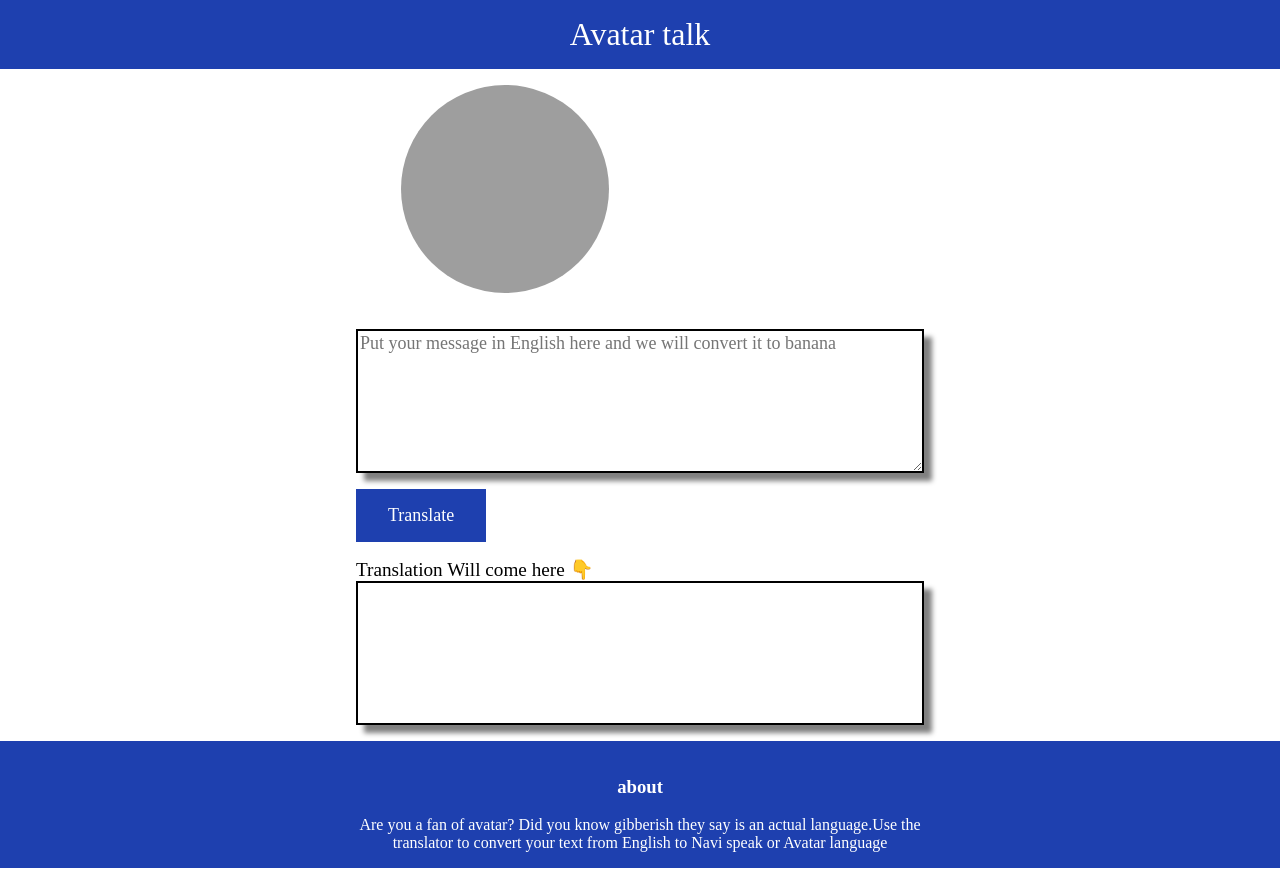
Repository: sohan2503001/Avator-speak
Page: index.html
An editor plug-in stored every save of this project. The page is shown before and after a run of saves, followed by the edit.
The browser window is 1280 px wide. The pictures show the whole page.
Pictures or frames that could not be fetched are drawn as grey boxes.

Above is the page before, as saved 2021-04-22 00:33:04.

### index.html
<!DOCTYPE html>
<html lang="en">

<head>
    <meta charset="UTF-8">
    <meta http-equiv="X-UA-Compatible" content="IE=edge">
    <meta name="viewport" content="width=device-width, initial-scale=1.0">
    <title>Avatar Speak</title>
    <link rel="stylesheet" href="style.css">
</head>

<body>
    <nav>
        <div class="head">Avatar talk</div>
    </nav>

    <main>
        <img src="https://wallpaper-mania.com/wp-content/uploads/2018/09/High_resolution_wallpaper_background_ID_77701153922.jpg" alt="avator image" >
        <textarea id="txt-input"
            placeholder="Put your message in English here and we will convert it to banana"></textarea>
        <button id="btn-translate">Translate</button>
        <div style="font-size: larger;">Translation Will come here 👇</div>
        <div id="output"></div>
    </main>

    <footer class="footer">
        <h3 >about</h3>
        <p >Are you a fan of avatar? Did you know gibberish they
            say is an actual language.Use the translator to convert
            your text from English to Navi speak or Avatar language</p>
    </footer>
    <script src="app.js" type="text/javascript"></script>
</body>

</html>

### style.css
@import url('https://fonts.googleapis.com/css2?family=Ubuntu+Mono:ital@1&display=swap');

* {
    box-sizing: border-box;
}

:root{
    --primary-color:#1E40AF;
    --width-break:600px;
    --secondary-color:white;
}

body{
    margin: 0;
    font-family: 'Ubuntu' , cursive;
}

/**header**/
nav{
    background-color: var(--primary-color);
    text-align: center;
    margin: 0;
}

.head{
    font-size: 2rem;
    padding: 1rem;
    color: var(--secondary-color);
}

/**Center**/
main{
    margin: auto;
    padding: 1rem;
    max-width: var(--width-break);
}

img{
    position: relative;
    height: 13rem;
    width: 13rem;
    border-radius: 15rem;
    border: none;
    left: 8%;
    top: 25%;
}

textarea{
    box-sizing: border-box;
    width: 100%;
    min-height: 20vh;
    display: block;
    margin-top: 2rem;
    font-family: inherit;
    font-size: large;
    border: 2px solid black;
    box-shadow: 8px 8px 5px grey;
}

#btn-translate{
    padding: 1rem 2rem;
    margin: 1rem 0rem;
    background-color: var(--primary-color);
    border: none;
    color: var(--secondary-color);
    font-family: 'Ubuntu' , cursive;
    font-size: large;
}

#output{
    box-sizing: border-box;
    border: 2px solid black;
    min-height: 20vh;
    max-height: 25vh;
    width: 100%;
    font-size: large;
    box-shadow: 8px 8px 5px grey;
}

/**footer**/
footer{
    background-color: var(--primary-color);
    margin: 0;
    padding: 1rem;
    width: 100%;
    bottom: 0;
    text-align: center;
}

.footer h3{
    color: var(--secondary-color);
}

footer p{
    color: var(--secondary-color);
    margin: auto;
    max-width: var(--width-break);
}

### app.js
var btnTranslate = document.querySelector("#btn-translate");
var txtInput = document.querySelector("#txt-input");
var outputDiv = document.querySelector("#output");

var serverURL = "https://api.funtranslations.com/translate/navi.json"

function getTranslationURL(text) {
    return serverURL + "?" + "text=" + text
}

function clickHandler() {
    var inputText = txtInput.value;
    fetch(getTranslationURL(inputText))
        .then(response => response.json())
        .then(json => {
            var translatedText = json.contents.translated;
            outputDiv.innerHTML = translatedText;
        })
};

btnTranslate.addEventListener("click", clickHandler);

After the next 2 saves:
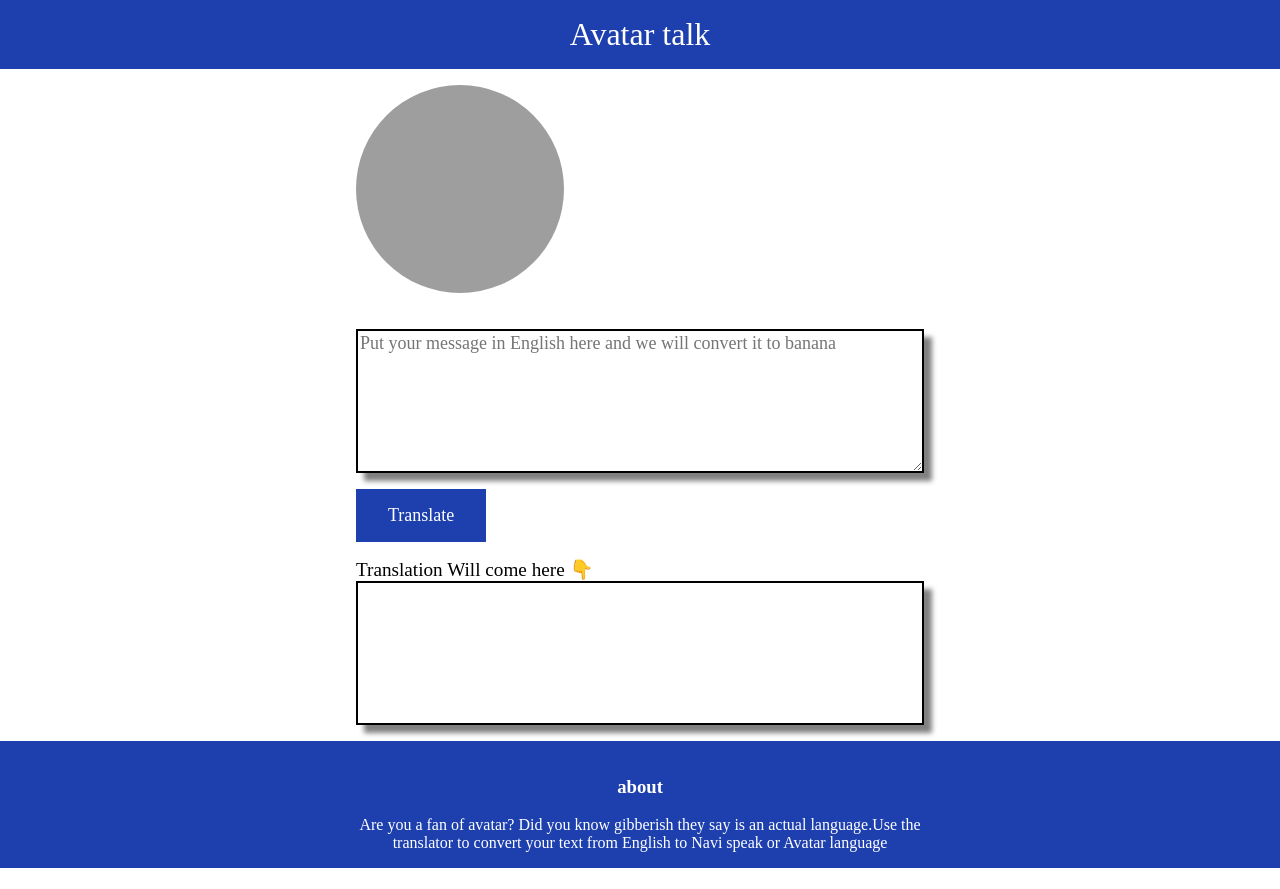
The 2 saves are shown as one change because they came seconds apart.
The last was saved 51 s later.
--- a/style.css
+++ b/style.css
@@ -41,8 +41,6 @@
     width: 13rem;
     border-radius: 15rem;
     border: none;
-    left: 8%;
-    top: 25%;
 }
 
 textarea{
